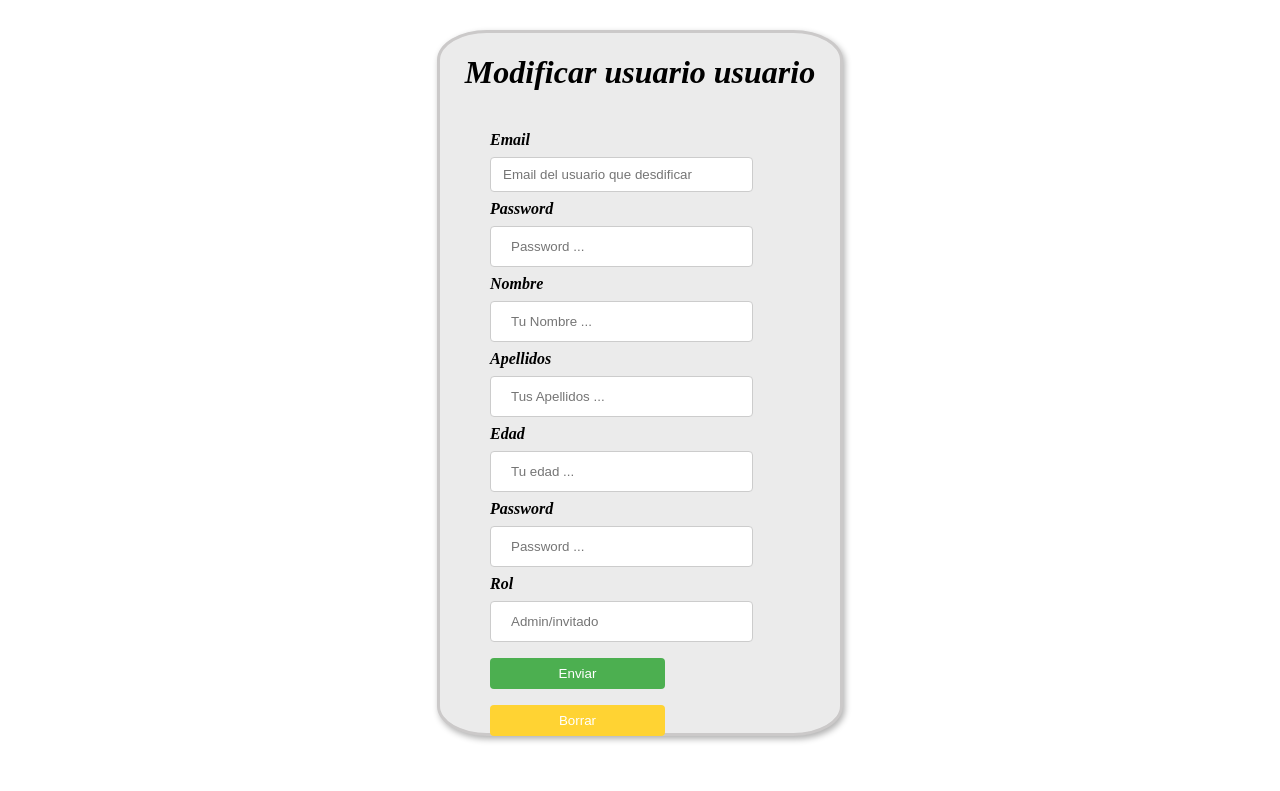
Repository: nachmz42/ProyectoJoker
Page: http://localhost/Joker/modificarusuario.jsp
An editor plug-in stored every save of this project. The page is shown before and after the next save, followed by the edit.
The browser window is 1280 px wide. The pictures show the whole page.
The page is served by Tomcat 9. Other server files are loaded and not shown.

Above is the page before, as saved 2021-07-02 11:13:33.

### Joker/src/main/webapp/modificarusuario.jsp
<%@ page language="java" contentType="text/html; charset=ISO-8859-1"
    pageEncoding="ISO-8859-1"%>
<!DOCTYPE html>
<html>
<head>
<meta charset="ISO-8859-1">
<title>Insert title here</title>
<link rel="stylesheet" href="STYLE/css/modificarusuario.css"></link>

</head>
<body>

<div class= "testbox">
	<h1>Modificar usuario usuario</h1>
  <form action="/Joker/ServletModificarusuario" method="post"><br>



  		<div class="form2" style="">


  	<label for="email" id="1">Email</label><br>
    <input type="email" id="email" name="email" placeholder="Email del usuario que desdificar"  required>
     <i class="icon-user"></i><br>

    <label for="password" id="1" >Password</label><br>
    <input type="text" id="password" name="password" placeholder="Password ..."  required>  <br>


    <label for="nombre" id="1">Nombre</label><br>
    <input type="text" id="nombre" name="nombre" placeholder="Tu Nombre ..."  required><br>

    <label for="apellidos"  >Apellidos</label><br>
    <input type="text" id="apellidos" name="apellidos" placeholder="Tus Apellidos ..." required><br>


    <label for="edad" id="1">Edad</label><br>
    <input type="text" id="edad" name="edad" placeholder="Tu edad ..."  required  ><br>

    <label for="password" id="1" >Password</label><br>
    <input type="text" id="password" name="password" placeholder="Password ..."  required>  <br>

    <label for="rol" id="1" >Rol</label><br>
    <input type="text" id="rol" name="rol" placeholder="Admin/invitado"  required  >  <br>


    <input type="submit" value="Enviar"><br>
    <input type="reset" value="Borrar"><br>
   </div>
</div>

</body>
</html>

### Joker/src/main/webapp/STYLE/css/modificarusuario.css
@charset "ISO-8859-1";




input[type=text], select {
	width: 75%;
	padding: 12px 20px;
	margin: 8px 0;
	display: inline-block;
	border: 1px solid #ccc;
	border-radius: 4px;
	box-sizing: border-box;
}

input[type=email], select {
	width: 75%;
	padding: 9px 12px;
	margin: 8px 0;
	display: inline-block;
	border: 1px solid #ccc;
	border-radius: 4px;
	box-sizing: border-box;
}

input[type=submit] {
	width: 50%;
	background-color: #4CAF50;
	color: white;
	padding: 8px 0px;
	margin: 8px 0;
	border: none;
	border-radius: 4px;
	cursor: pointer;
	Text-align: center;
}

input[type=reset] {
	width: 50%;
	background-color: #FFD333;
	color: white;
	padding: 8px 0px;
	margin: 8px 0;
	border: none;
	border-radius: 4px;
	cursor: pointer;
	Text-align: center;
}


.testbox {
	margin: 30px auto;
	width: 400px;
	height: 700px;
	-webkit-border-radius: 50px/30px;
	-moz-border-radius: 50px/30px;
	border-radius: 50px/30px;
	background-color: #ebebeb;
	-webkit-box-shadow: 2px 3px 6px rgba(0, 0, 0, .31);
	-moz-box-shadow: 2px 3px 6px rgba(0, 0, 0, .31);
	box-shadow: 2px 3px 6px rgba(0, 0, 0, .31);
	border: solid 3px #cbc9c9;
	Text-align: center;
	 font: oblique bold 100% cursive;
}





.form2 {
    Text-align: left;
    width: 350px;
    margin-left: 50px;
}

After the next save:
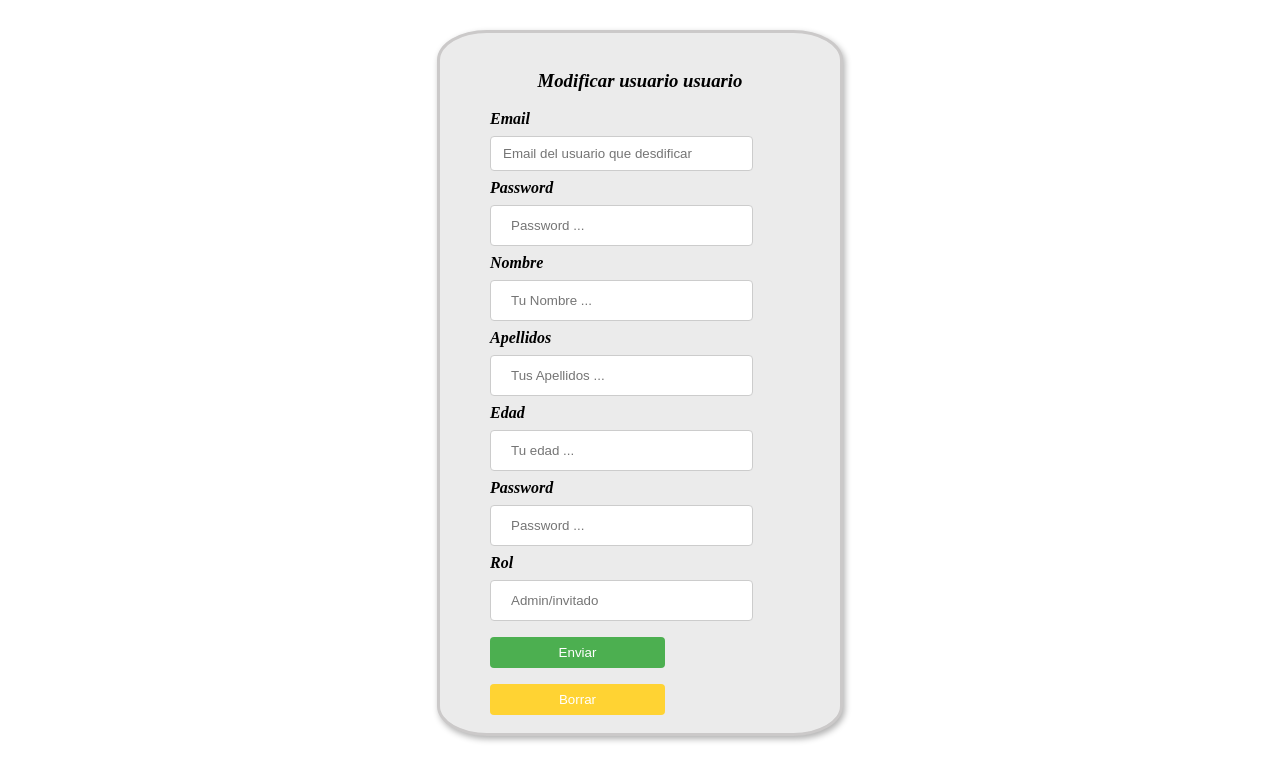
Saved 25 s later.
--- a/Joker/src/main/webapp/modificarusuario.jsp
+++ b/Joker/src/main/webapp/modificarusuario.jsp
@@ -11,11 +11,11 @@
 <body>
 
 <div class= "testbox">
-	<h1>Modificar usuario usuario</h1>
+
   <form action="/Joker/ServletModificarusuario" method="post"><br>
 
 
-
+  <h3>Modificar usuario usuario</h3>
   		<div class="form2" style="">
 
 
